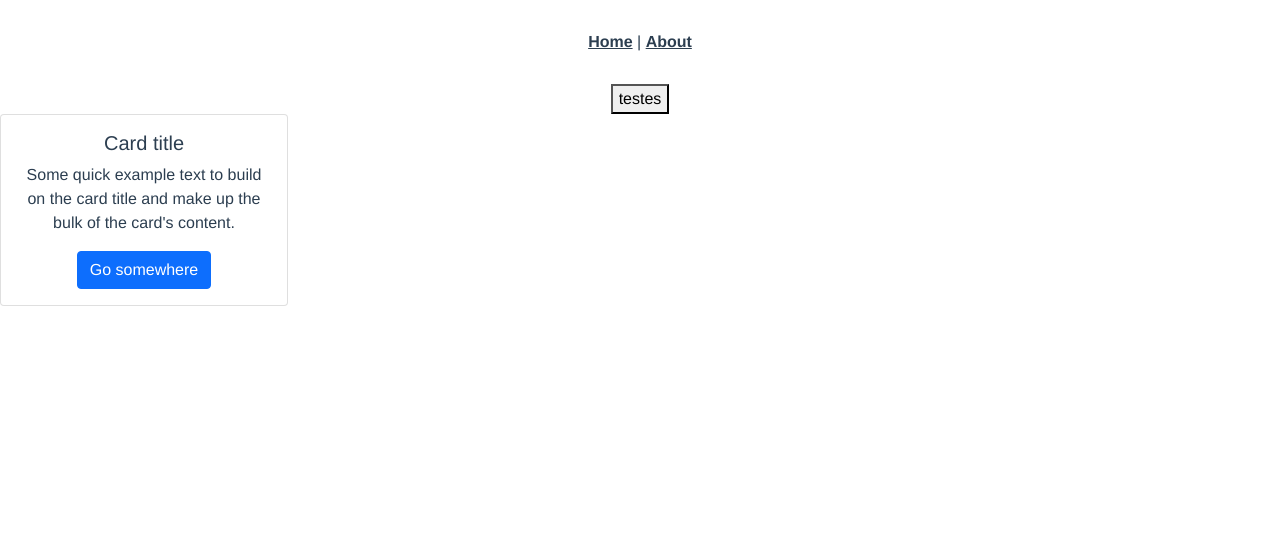
Repository: caiomitsuo/ContactsVueJs
Page: /lista
An editor plug-in stored every save of this project. The page is shown before and after the next save, followed by the edit.
The browser window is 1280 px wide. The pictures show the whole page.
Pictures or frames that could not be fetched are drawn as grey boxes. The page's requests for data from a server got no answer. The project was rebuilt for these pictures with package versions that can differ from the ones it lists, and the page was loaded fresh each time. No one was signed in, and anything a server would have sent is missing. Also part of the build but not shown: vue.config.js, src/components/HelloWorld.vue, src/views/HomeView.vue. Imported but missing from the stored project, and not drawn on this page: ....

Above is the page before, as saved 2022-04-30 12:25:10.

After the next save:
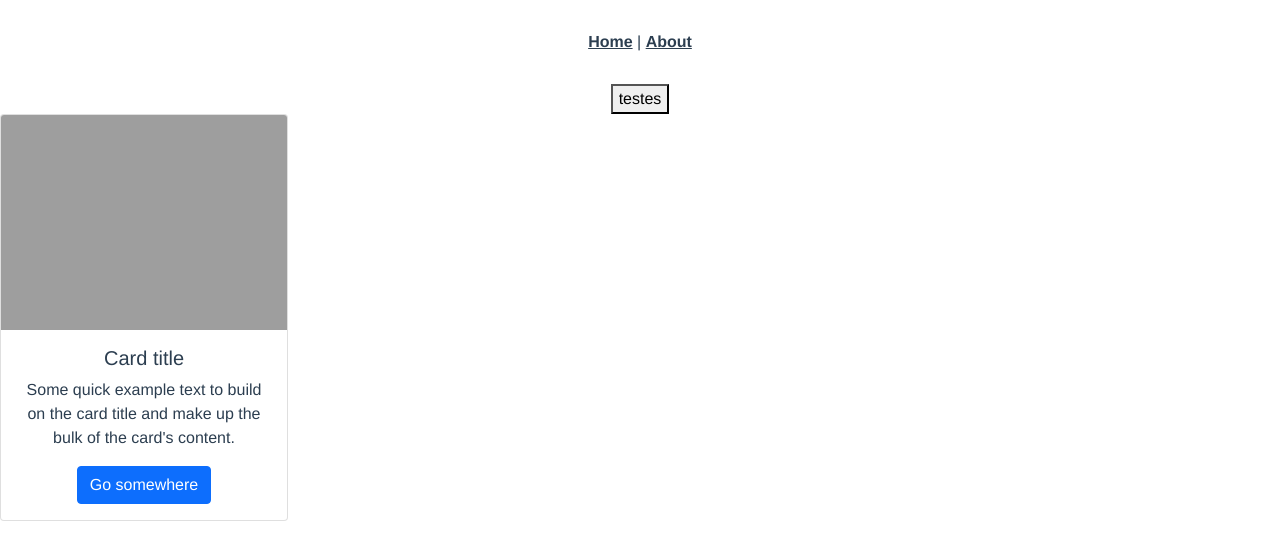
Saved 6 s later.
--- a/src/views/ListView.vue
+++ b/src/views/ListView.vue
@@ -2,6 +2,7 @@
   <div>
     <button>testes</button>
     <div class="card" style="width: 18rem;">
+         <img class="card-img-top" src="..." alt="Card image cap">
         <div class="card-body">
     <h5 class="card-title">Card title</h5>
     <p class="card-text">Some quick example text to build on the card title and make up the bulk of the card's content.</p>
